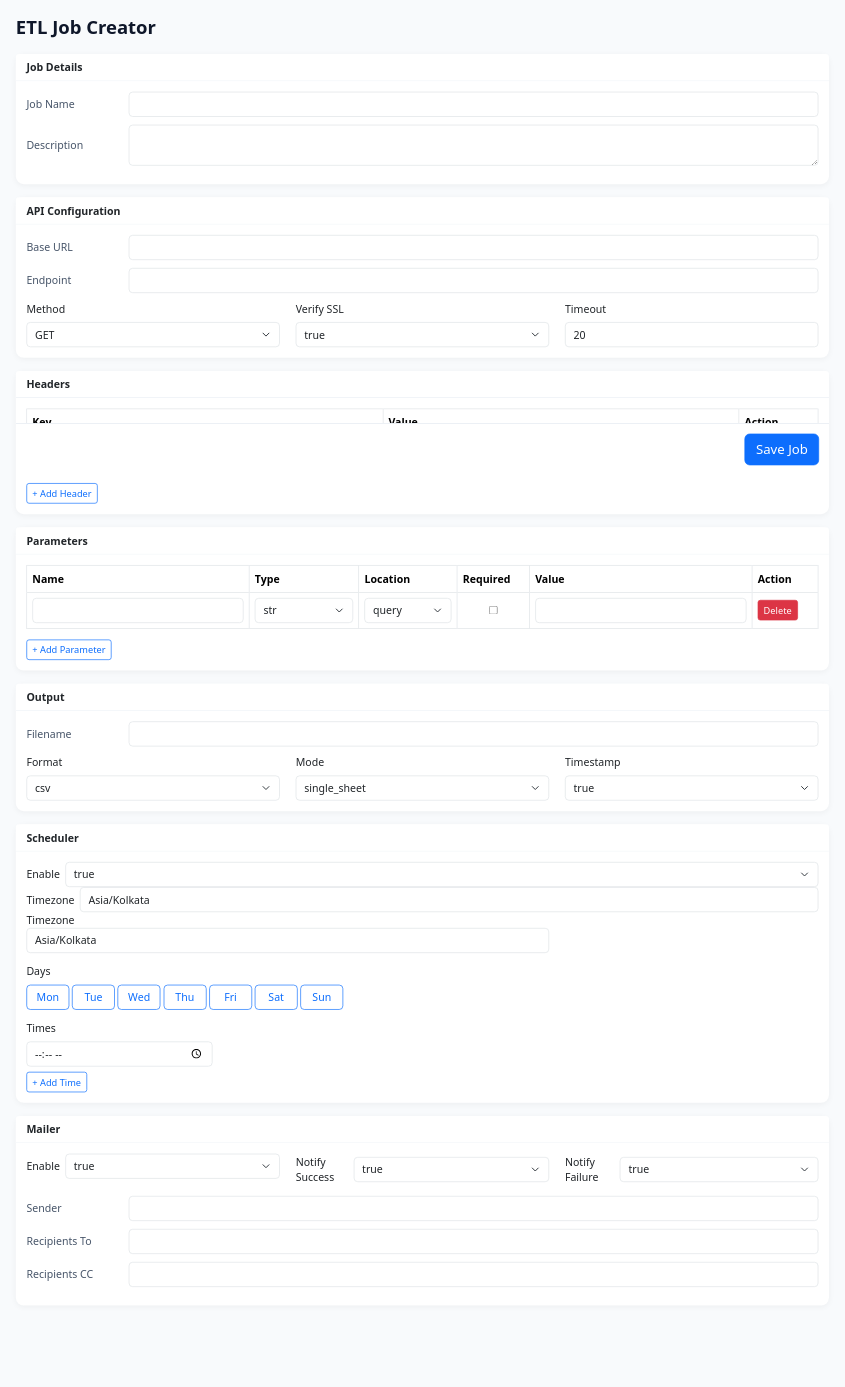
Repository: C0sCube/fetchapi
Page: example.html
The author's editor kept a copy of each file at every save. The page is drawn from the files as they stood at one save, then again after the next save.
The browser window is 1280 px wide. The pictures show the whole page, at 66% of full size.

Above is the page before, as saved 2026-06-09 23:40:12.

After the next save:
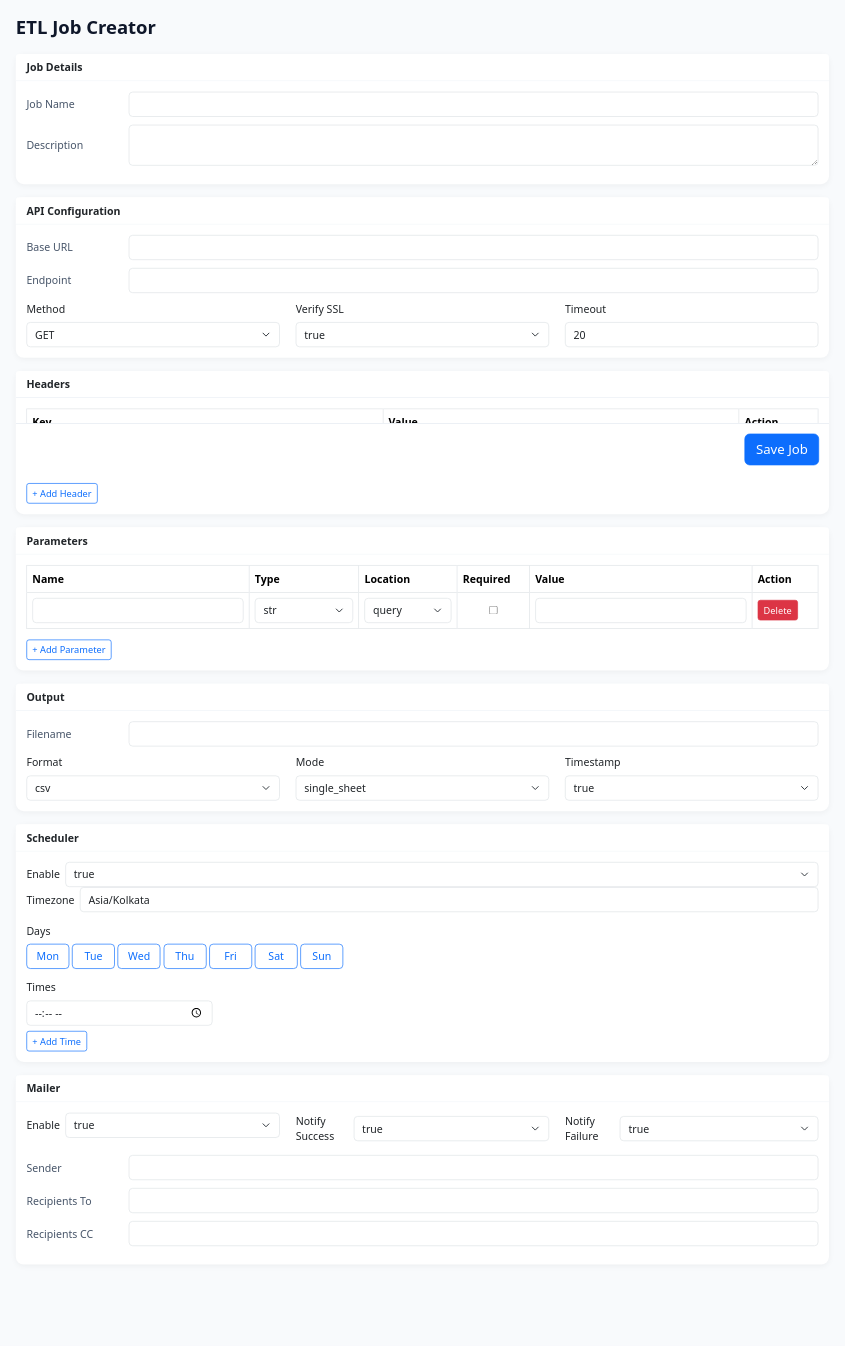
Saved 7 s later.
--- a/example.html
+++ b/example.html
@@ -397,10 +397,6 @@
                     </div>
 
 
-                    <div class="col-md-8">
-                        <label>Timezone</label>
-                        <input class="form-control" value="Asia/Kolkata">
-                    </div>
 
                 </div>
 
